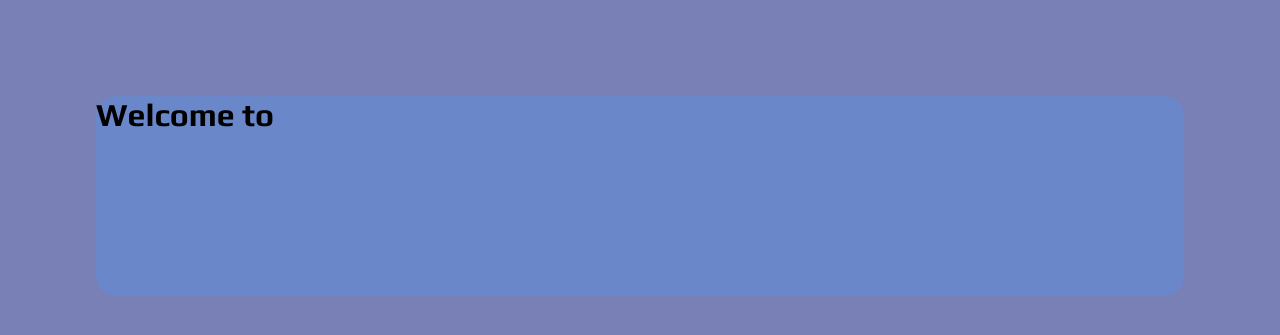
Repository: shaelorch/typeytalkey
Page: /
The author's editor kept a copy of each file at every save. The page is drawn from the files as they stood at one save, then again after the next save.
The browser window is 1280 px wide. The pictures show the whole page.
The project was rebuilt for these pictures with package versions that can differ from the ones it lists, and the page was loaded fresh each time. The framework's server and built-in components were replaced by stand-ins that run in the browser. Also part of the build but not shown: next.config.js.

Above is the page before, as saved 2023-02-24 14:27:49.

After the next save:
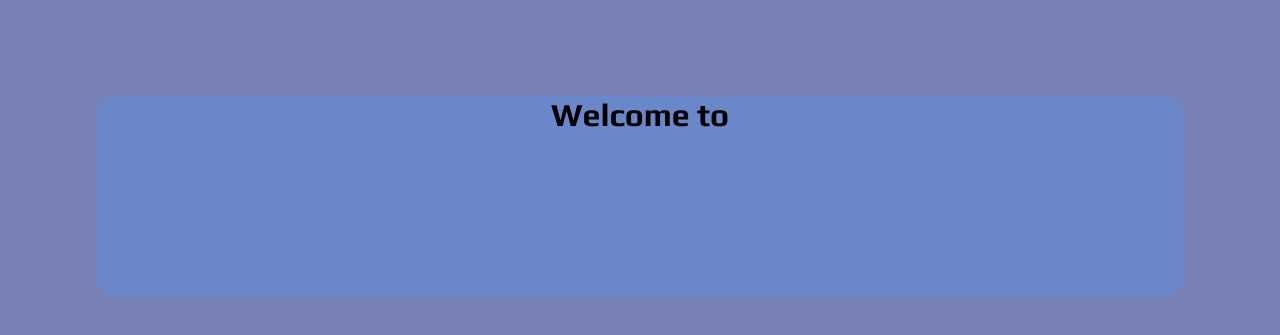
Saved 23 s later.
--- a/src/pages/index.js
+++ b/src/pages/index.js
@@ -16,7 +16,7 @@
       </Head>
       <main className={styles.main}>
         <div style={{backgroundColor:"#6987C9", width:"100%",
-      height:200, borderRadius:20}}>
+      height:200, borderRadius:20, display:'flex', justifyContent:'center'}}>
         <h1>Welcome to  </h1>
         </div>
 
